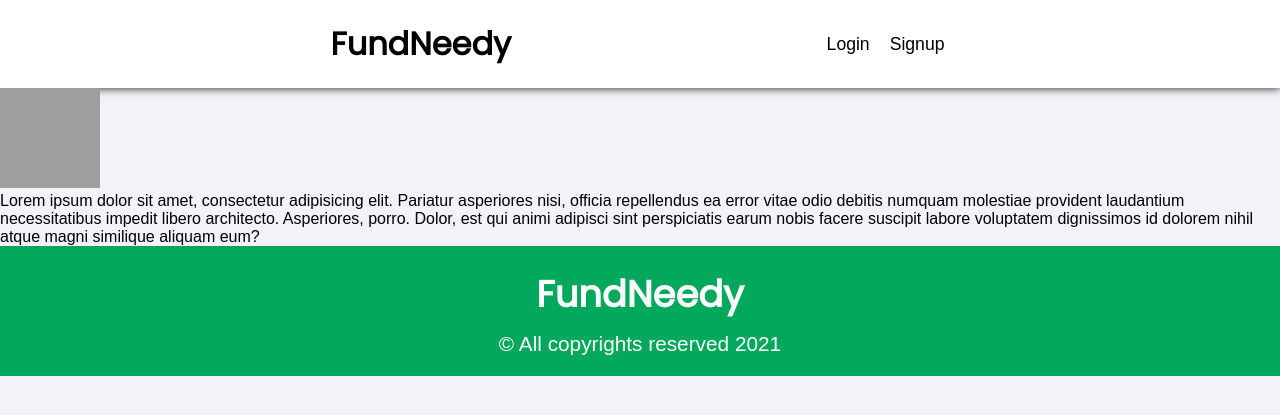
Repository: osdc/codejam
Page: /firmname (app in sassy-sandwiches/fund-needy/)
The author's editor kept a copy of each file at every save. The page is drawn from the files as they stood at one save, then again after the next save.
The browser window is 1280 px wide. The pictures show the whole page.
Pictures or frames that could not be fetched are drawn as grey boxes. The project was rebuilt for these pictures with package versions that can differ from the ones it lists, and the page was loaded fresh each time. Also part of the build but not shown: sassy-sandwiches/fund-needy/src/Showcase.css, sassy-sandwiches/fund-needy/src/Showcase.js, sassy-sandwiches/fund-needy/src/Needies.css, sassy-sandwiches/fund-needy/src/Needy.css, sassy-sandwiches/fund-needy/src/Needy.js, sassy-sandwiches/fund-needy/src/Needies.js.

Above is the page before, as saved 2021-01-09 21:57:06.

After the next save:
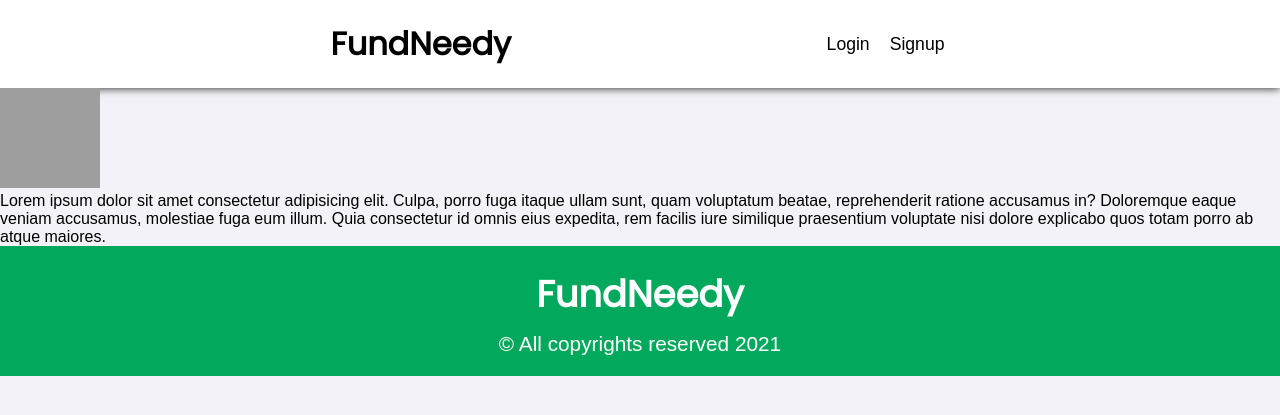
Saved 20 s later.
--- a/sassy-sandwiches/fund-needy/src/FirmFund.js
+++ b/sassy-sandwiches/fund-needy/src/FirmFund.js
@@ -11,12 +11,14 @@ function FirmFund() {
         />
       </div>
       <div className="firmFund_about">
-        Lorem ipsum dolor sit amet, consectetur adipisicing elit. Pariatur
-        asperiores nisi, officia repellendus ea error vitae odio debitis numquam
-        molestiae provident laudantium necessitatibus impedit libero architecto.
-        Asperiores, porro. Dolor, est qui animi adipisci sint perspiciatis earum
-        nobis facere suscipit labore voluptatem dignissimos id dolorem nihil
-        atque magni similique aliquam eum?
+        <p>
+          Lorem ipsum dolor sit amet consectetur adipisicing elit. Culpa, porro
+          fuga itaque ullam sunt, quam voluptatum beatae, reprehenderit ratione
+          accusamus in? Doloremque eaque veniam accusamus, molestiae fuga eum
+          illum. Quia consectetur id omnis eius expedita, rem facilis iure
+          similique praesentium voluptate nisi dolore explicabo quos totam porro
+          ab atque maiores.
+        </p>
       </div>
     </div>
   );
